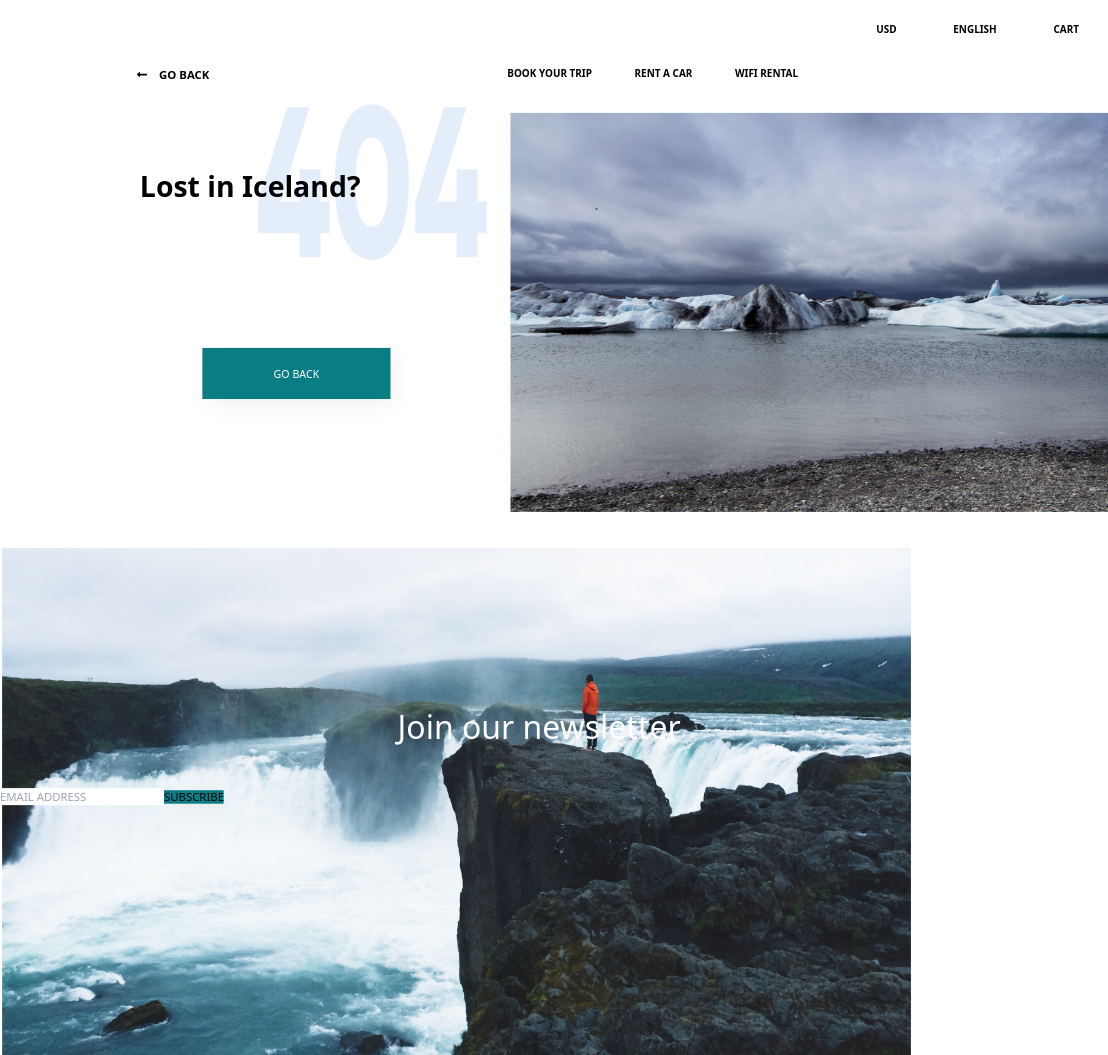
Repository: uh-sman/Iceland
Page: /
These files come from the project's save history. The page is drawn as it stood at one moment and after the next save; the edit follows.
The browser window is 1280 px wide. The page is 1561 px wide, so the pictures cover 1561 px, including what lies to the right of the window. The pictures show the whole page, at 71% of full size.
The project was rebuilt for these pictures with package versions that can differ from the ones it lists, and the page was loaded fresh each time.

Above is the page before, as saved 2022-09-08 22:58:45.

After the next save:
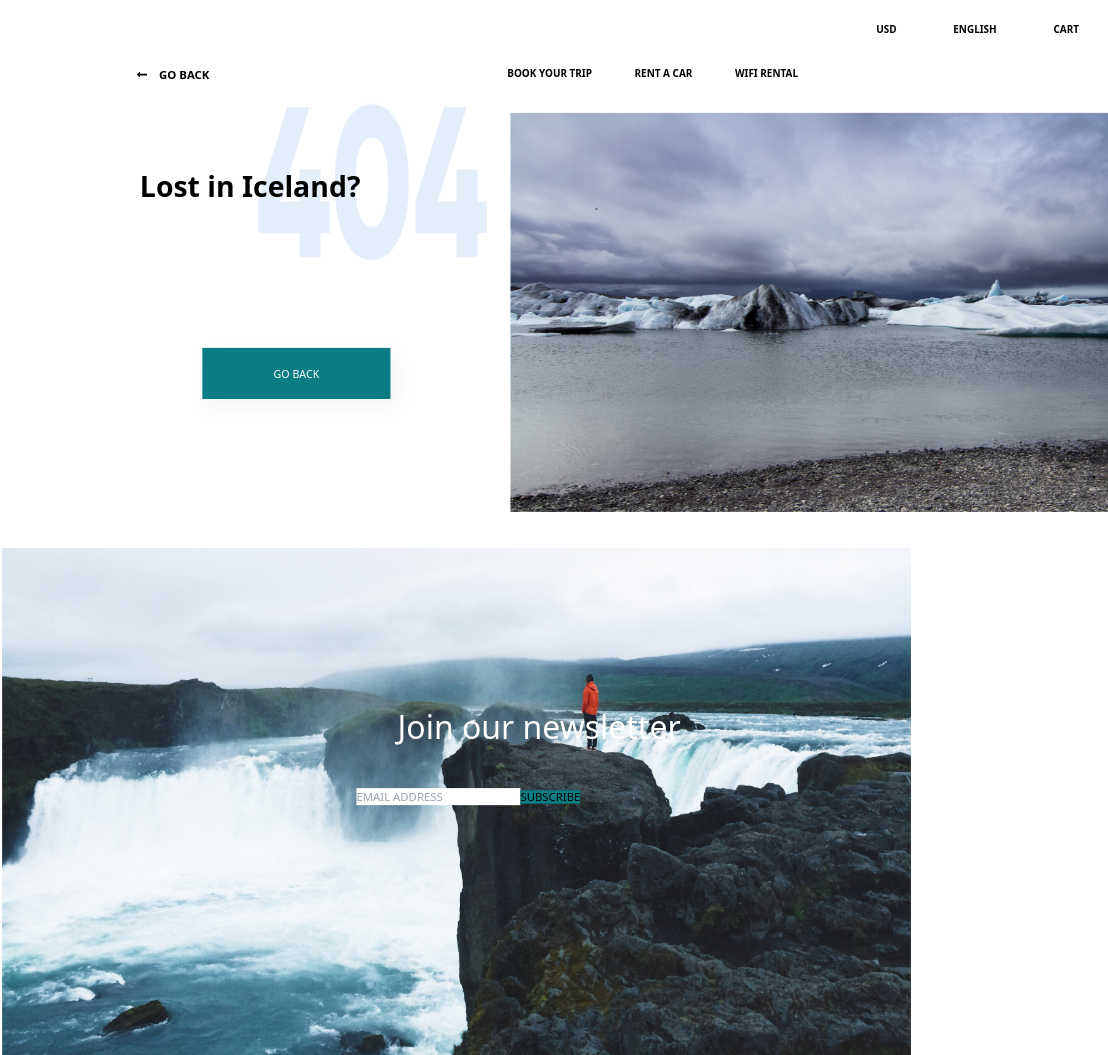
Saved 50 s later.
--- a/src/components/Newsletter.js
+++ b/src/components/Newsletter.js
@@ -15,7 +15,7 @@ export const Newsletter = () => {
           </h1>
         </div>
         <div>
-          <div className="absolute top-[1110px]">
+          <div className="absolute top-[1110px] w-[499px] h-[57px] left-[502px]">
             <input placeholder="EMAIL ADDRESS" type="email" />
             <button className="custom">SUBSCRIBE</button>
           </div>
